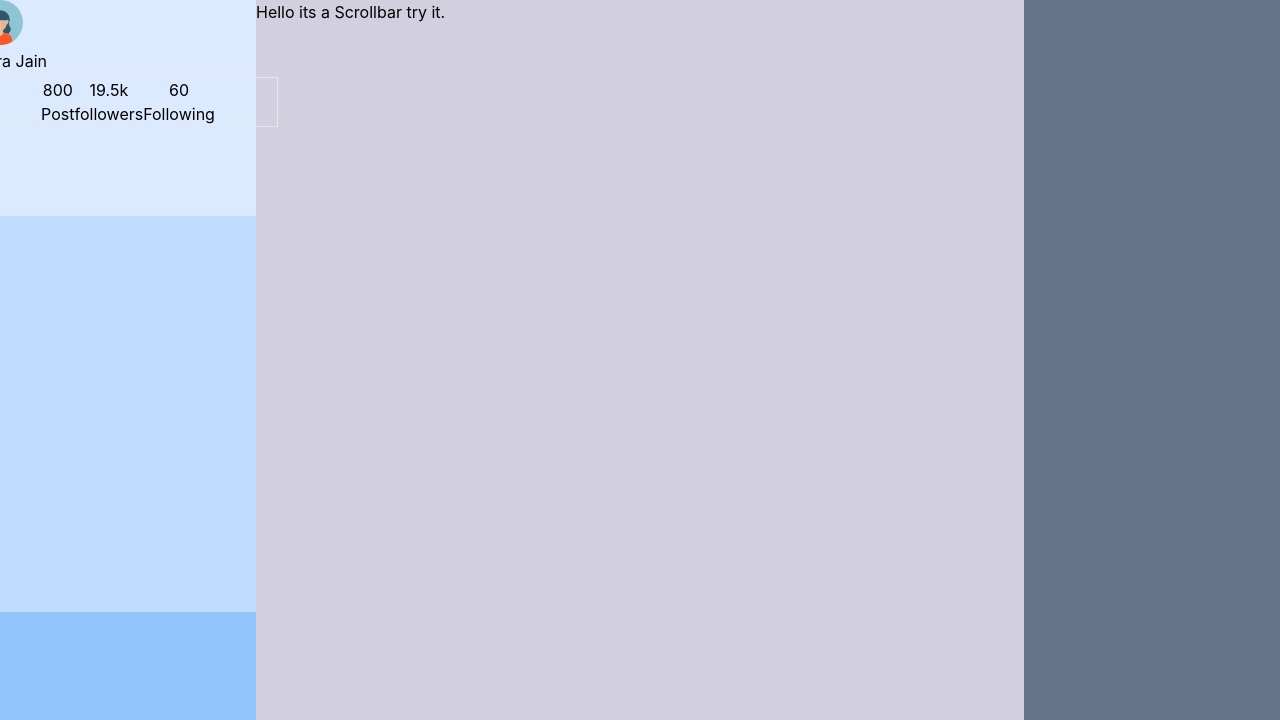
Repository: cosmicswati/upgrad-captions-project
Page: /
An editor plug-in stored every save of this project. The page is shown before and after the next save, followed by the edit.
The browser window is 1280 px wide. The pictures show the whole page.
An inner scrolling area shows only its first screen. The project was rebuilt for these pictures with package versions that can differ from the ones it lists, and the page was loaded fresh each time. Also part of the build but not shown: src/components/Input/index.js, src/components/Button/index.js, src/modules/Authorization/Form.jsx, src/modules/Authorization/index.js.

Above is the page before, as saved 2024-04-09 13:54:15.

### src/index.css
@tailwind base;
@tailwind components;
@tailwind utilities;

body {
  margin: 0;
  font-family: -apple-system, BlinkMacSystemFont, 'Segoe UI', 'Roboto', 'Oxygen',
    'Ubuntu', 'Cantarell', 'Fira Sans', 'Droid Sans', 'Helvetica Neue',
    sans-serif;
  -webkit-font-smoothing: antialiased;
  -moz-osx-font-smoothing: grayscale;
}

code {
  font-family: source-code-pro, Menlo, Monaco, Consolas, 'Courier New',
    monospace;
}

.scrollbar-hide::-webkit-scrollbar{
  display: none;
}

### src/App.js
import Auth from "./modules/Authorization";
import Home from "./modules/Home";


function App() {
  return (
    <div>
      {/* <Auth />  */}
      <Home />
    </div>
  );
}

export default App;

### src/modules/Home/index.js
import React from 'react'
import { ReactComponent as Avatar} from '../../assets/Avatar.svg'

const Home = () => {
  return (
    <div className='h-screen bg-[#d2cfdf]  flex overflow-hidden'>
        <div className='w-[20%] flex flex-col'>
            <div className='h-[30%] bg-blue-100 flex justify-center item-center'>
                <div>
                    <Avatar width={'45px'} height={'45px'}/>
                    <p className='my-1'>Lara Jain</p>
                    <div className='border h-[50px] flex justify-center w-[300px] text-center'>
                        <div className='flex flex-col justify-center item-center'>
                            <h4>800</h4>
                            <p>Post</p>
                        </div>
                        <div>
                            <h4>19.5k</h4>
                            <p>followers</p>
                        </div>
                        <div>
                            <h4>60</h4>
                            <p>Following</p>
                        </div>
                    </div>
                </div>
            </div>
            <div className='h-[55%] bg-blue-200'></div>
            <div className='h-[15%] bg-blue-300'></div>
        </div>
        <div className='w-[60%] overflow-scroll h-full scrollbar-hide'>
            <div className='h-[1500px]'>Hello its a Scrollbar try it.</div>
        </div>
        <div className='w-[20%] bg-slate-500'></div>
    </div>
  )
}

export default Home

### tailwind.config.js
/** @type {import('tailwindcss').Config} */
module.exports = {
 mode:'jit',
 purge: [
  './public/**/*.html',
  './src/**/*.{js,jsx,ts,tsx,vue}',
 ],
  content: [
    "./src/**/*.{js,jsx,ts,tsx}",
  ],
  theme: {
    extend: {},
  },
  plugins: [],
}

Loaded but not shown: public/index.html (common file); src/index.js (common file); src/reportWebVitals.js (common file)

After the next save:
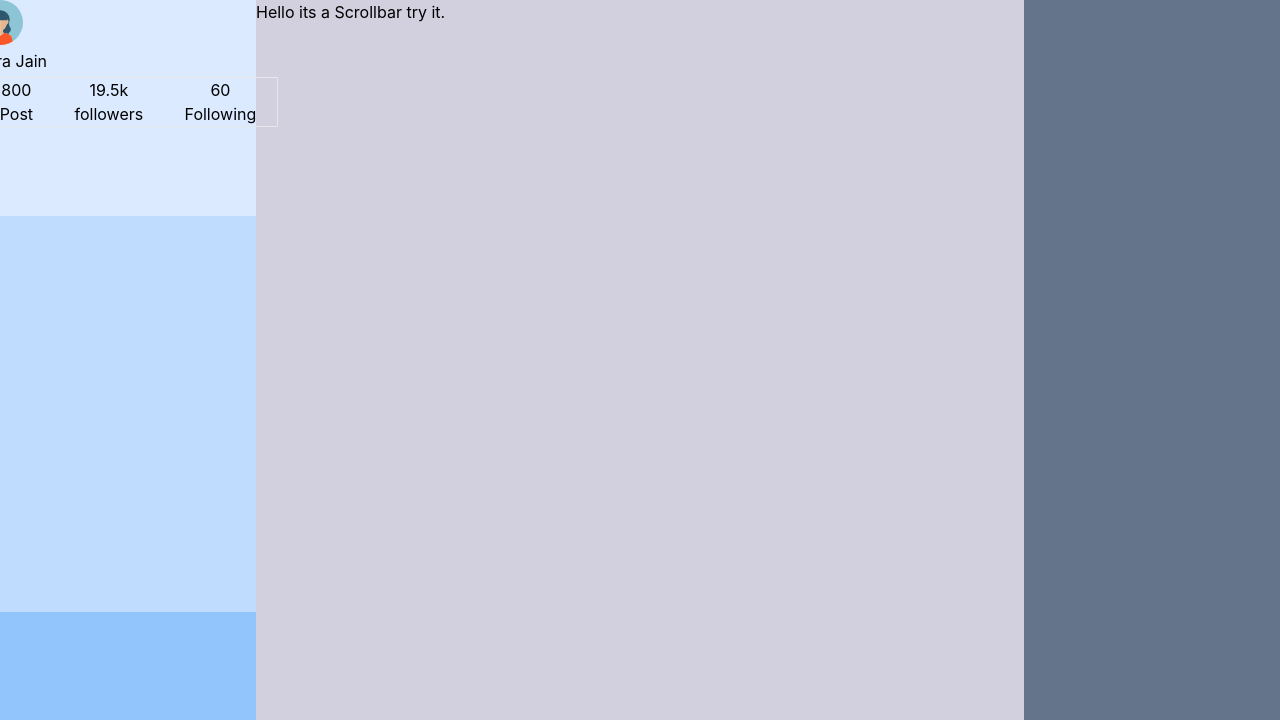
Saved 70 s later.
--- a/src/modules/Home/index.js
+++ b/src/modules/Home/index.js
@@ -9,8 +9,8 @@ const Home = () => {
                 <div>
                     <Avatar width={'45px'} height={'45px'}/>
                     <p className='my-1'>Lara Jain</p>
-                    <div className='border h-[50px] flex justify-center w-[300px] text-center'>
-                        <div className='flex flex-col justify-center item-center'>
+                    <div className='border h-[50px] flex justify-around w-[300px] text-center'>
+                        <div className='flex flex-col justify-around item-center'>
                             <h4>800</h4>
                             <p>Post</p>
                         </div>
